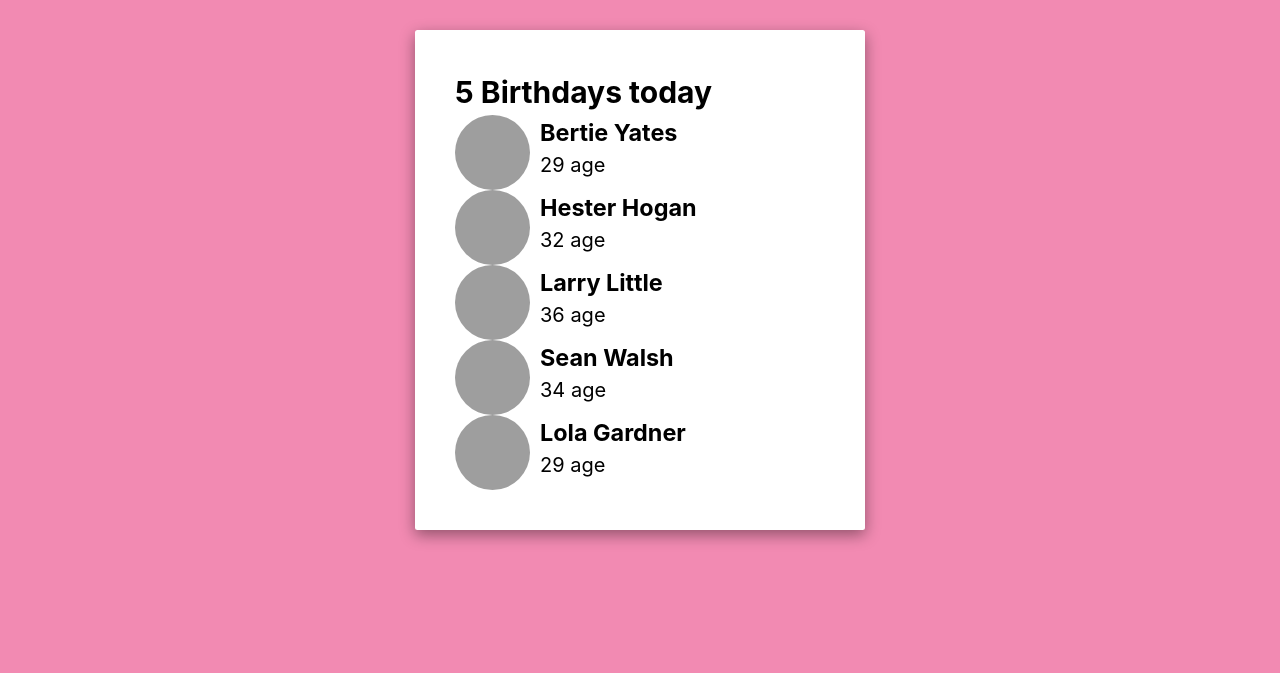
Repository: thaiduy1704/ReactTypeScript-Basic
Page: / (app in 01-birthday-reminder/)
These files come from the project's save history. The page is drawn as it stood at one moment and after the next save; the edit follows.
The browser window is 1280 px wide. The pictures show the whole page.
Pictures or frames that could not be fetched are drawn as grey boxes. The project was rebuilt for these pictures with package versions that can differ from the ones it lists, and the page was loaded fresh each time.

Above is the page before, as saved 2022-08-05 16:22:03.

After the next save:
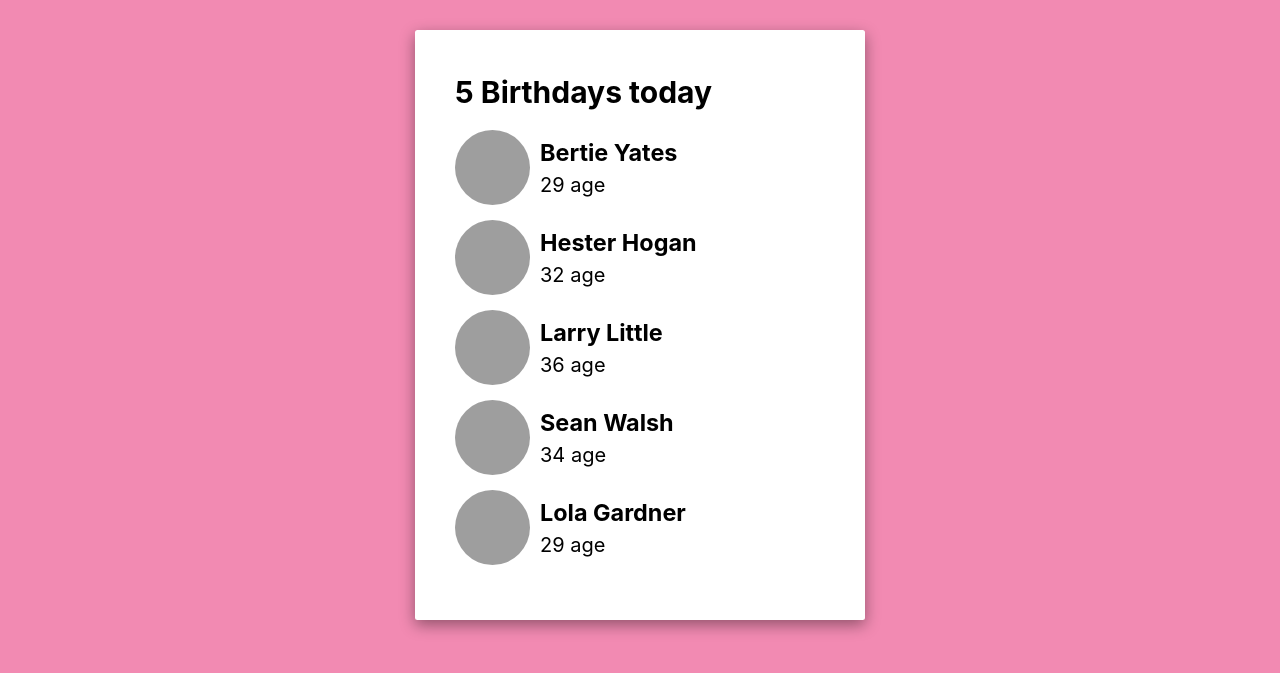
Saved 9 s later.
--- a/01-birthday-reminder/src/components/Person.tsx
+++ b/01-birthday-reminder/src/components/Person.tsx
@@ -21,7 +21,7 @@ const Person: React.FC<PersonType> = ({ id, name, age, image }) => {
 };
 const Wrapper = styled.article`
   display: flex;
-  margin
+  margin: 1.5rem auto;
   align-items: center;
 
   img {
